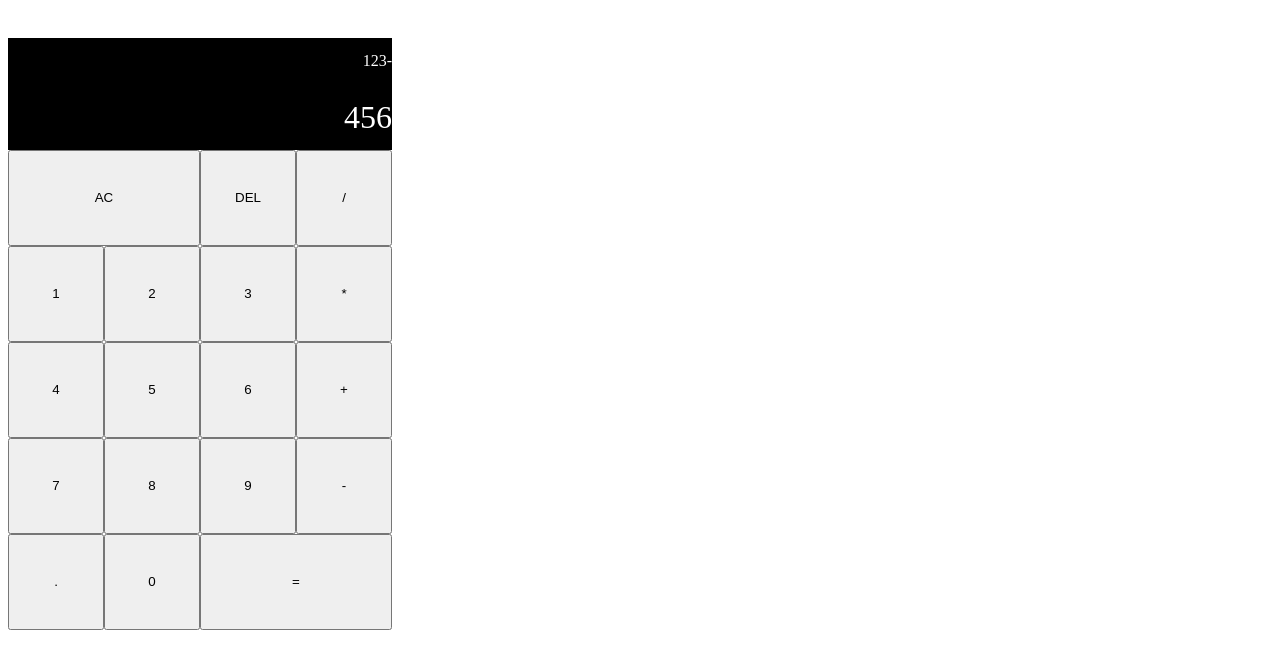
Repository: khadergw/calculator
Page: / (app in calculator/)
The author's editor kept a copy of each file at every save. The page is drawn from the files as they stood at one save, then again after the next save.
The browser window is 1280 px wide. The pictures show the whole page.
The project was rebuilt for these pictures with package versions that can differ from the ones it lists, and the page was loaded fresh each time. Also part of the build but not shown: calculator/src/App.css.

Above is the page before, as saved 2022-09-11 00:36:10.

After the next save:
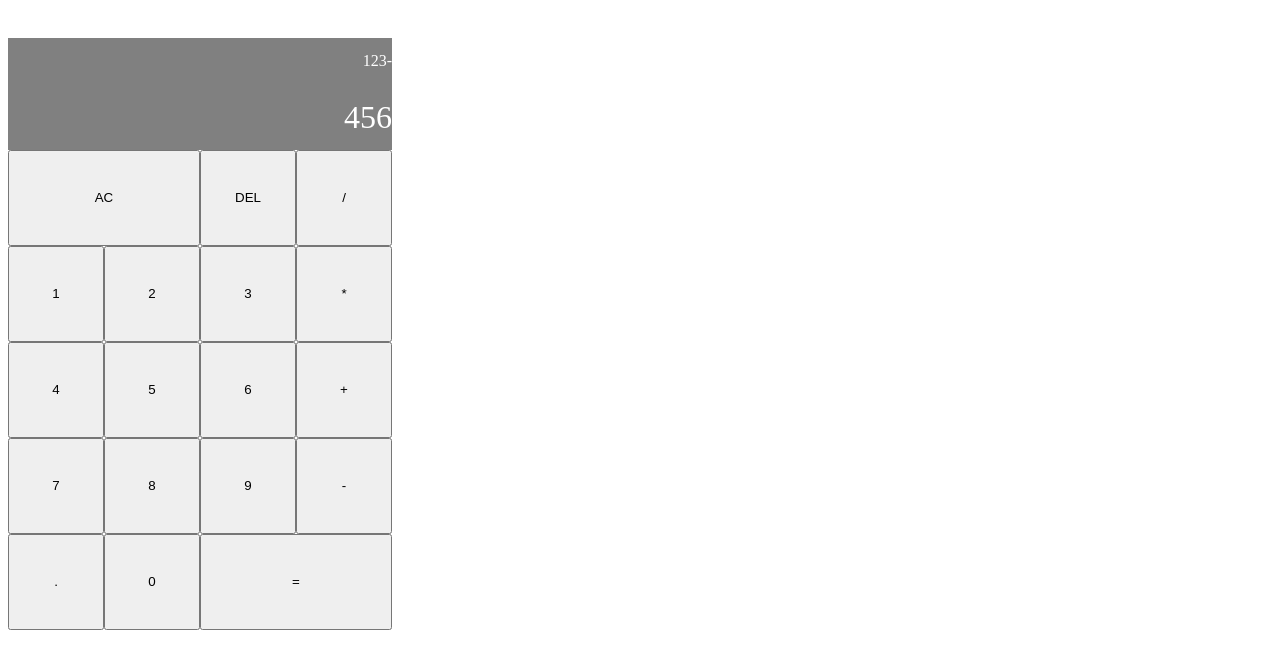
Saved 52 s later.
--- a/calculator/src/styles.css
+++ b/calculator/src/styles.css
@@ -10,7 +10,7 @@
 }
 
 .output {
-  background-color: black;
+  background-color: gray;
   grid-column: 1 / -1;
   display: flex;
   flex-direction: column;

After the save that followed:
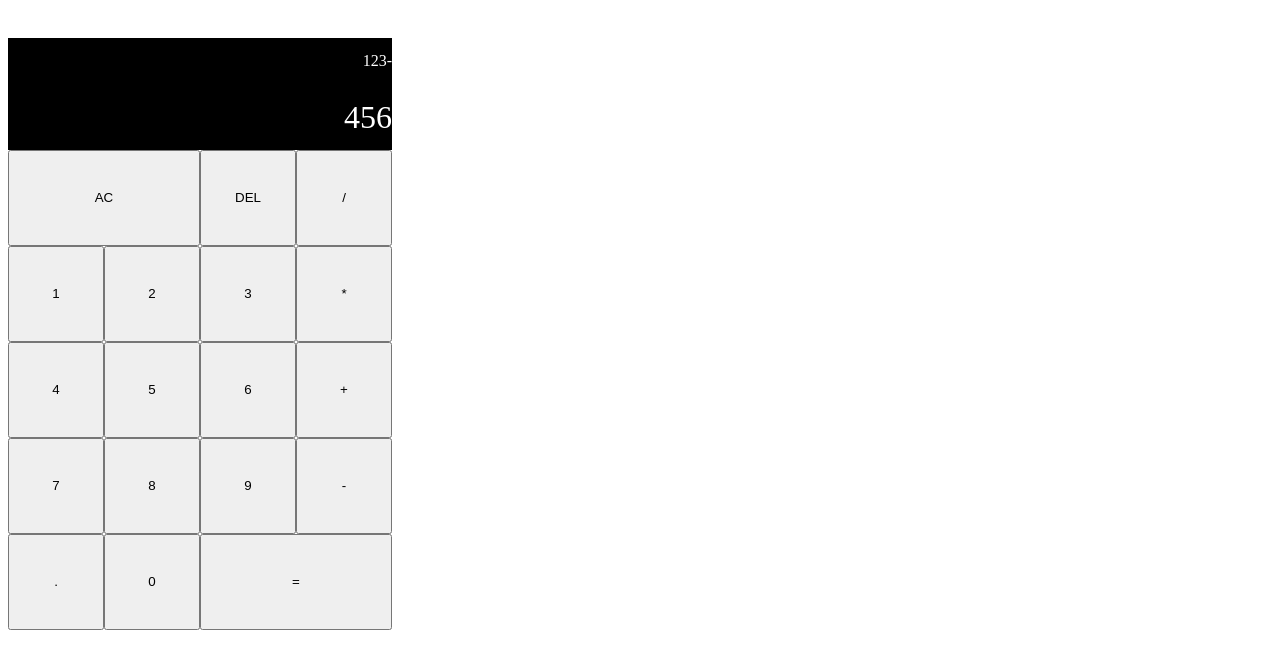
Saved 27 s later.
--- a/calculator/src/styles.css
+++ b/calculator/src/styles.css
@@ -10,7 +10,7 @@
 }
 
 .output {
-  background-color: gray;
+  background-color: black;
   grid-column: 1 / -1;
   display: flex;
   flex-direction: column;
